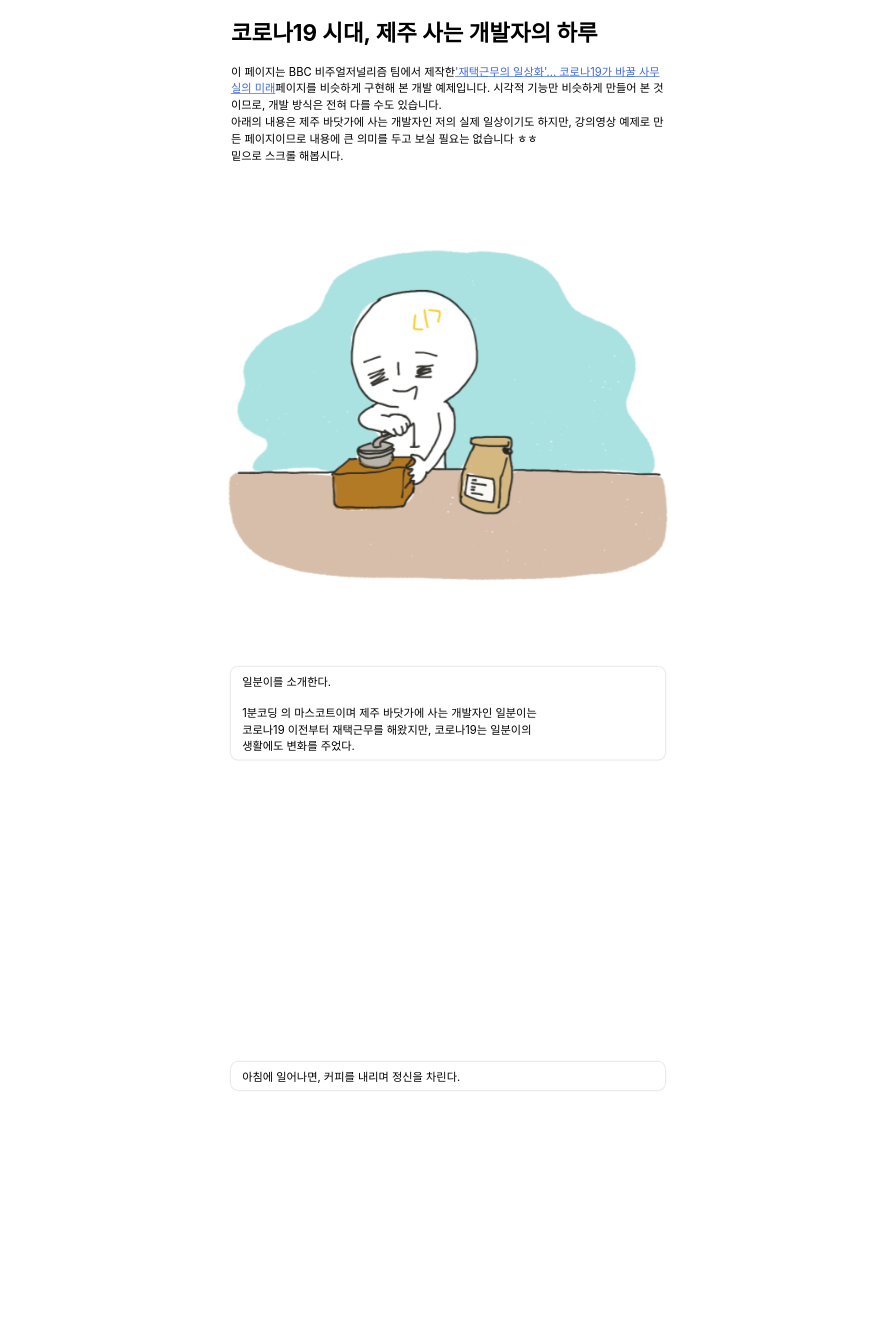
Repository: westone034626/ReactPractice
Page: /
These files come from the project's save history. The page is drawn as it stood at one moment and after the next save; the edit follows.
The browser window is 1280 px wide. The pictures show the part of the page from y = 0 to 1920 px (the page is 6550 px tall), at 70% of full size.
The project was rebuilt for these pictures with package versions that can differ from the ones it lists, and the page was loaded fresh each time. Also part of the build but not shown: src/App.css.

Above is the page before, as saved 2021-11-01 01:02:26.

### src/App.js
import './App.css';
import styles from './App.module.css';
import { useRef, useEffect, useState } from 'react';
import _ from 'lodash';

function App() {
  const [focusIndex, setFocusIndex] = useState(0);
  const focusIoIndex = useRef(0);
  const stepItemListRef = useRef(null);
  const graphicItems = [
    { imageFileName: '00.png' },
    { imageFileName: '01.png' },
    { imageFileName: '02.png' },
    { imageFileName: 'bird.gif' },
    { imageFileName: '03.png' },
    { imageFileName: '04.png' },
    { imageFileName: '05.png' },
    { imageFileName: '06.png' },
    { imageFileName: '07.png' },
    { imageFileName: '08.png' },
  ];
  const stepItems = [
    {
      content: `일분이를 소개한다.

    1분코딩 의 마스코트이며 제주 바닷가에 사는 개발자인 일분이는
    코로나19 이전부터 재택근무를 해왔지만, 코로나19는 일분이의
    생활에도 변화를 주었다.
    `,
    },
    { content: `아침에 일어나면, 커피를 내리며 정신을 차린다.` },
    {
      content: `사회적 거리두기를 위해 한적한 바닷길쪽으로 러닝을 한다.
    가끔 만나는 바닷새와 눈인사를 나눈다.`,
    },
    { content: `맞다, 트위터의 걔.` },
    { content: `운동을 마치고 집에 돌아와 작업을 시작한다.` },
    {
      content: `밥은 집에서 먹거나, 테이크아웃이 가능한 메뉴를 골라 탁 트인
              야외에서 먹는다. 물론 사회적 거리두기를 하기 위함이다.`,
    },
    {
      content: `보통 오후 작업은 집 근처의 일하기 좋은 카페에서 해왔지만, 코로나19
    이후에는 집에서 하는 날이 많아졌다.
    `,
    },
    {
      content: `라면 매니아 답게 유튜브로

    라면소녀

  채널을 보며 간식으로 라면을 먹는다.
  `,
    },
    {
      content: `자기 전, 가끔

    요가소년

  채널을 보며 요가를 한다.
  `,
    },
    {
      content: `일과를 마치고
    폰질을 한다 잠자리에
    든다.
    `,
    },
  ];

  useEffect(() => {
    const io = new IntersectionObserver((entries, observer) => {
      focusIoIndex.current = _.chain(stepItemListRef.current.children)
        .map((stepItem) => stepItem)
        .value()
        .indexOf(entries[0].target);
    });
    _.chain(stepItemListRef.current.children)
      .map((stepItem) => stepItem)
      .forEach((stepItem) => {
        io.observe(stepItem);
      })
      .value();
  }, []);

  useEffect(() => {
    window.addEventListener('scroll', () => {
      _.chain(stepItemListRef.current.children)
        .map((stepItem) => stepItem)
        .slice(
          focusIoIndex.current ? focusIoIndex.current - 1 : 0,
          focusIoIndex.current + 2
        )
        .forEach((stepItem, idx, arr) => {
          console.log('arr: ', arr);
          if (
            stepItem.getBoundingClientRect().top > window.innerHeight * 0.1 &&
            stepItem.getBoundingClientRect().top < window.innerHeight * 0.8
          )
            setFocusIndex(idx);
        })
        .value();
    });
  }, []);
  return (
    <div className={styles.body}>
      <div className={styles.header}>
        <div className={styles.globalWidth}>
          <h1 className={styles.pageTitle}>
            코로나19 시대, 제주 사는 개발자의 하루
          </h1>
          <p>
            이 페이지는 BBC 비주얼저널리즘 팀에서 제작한
            <a
              href="https://www.bbc.com/korean/resources/idt-48d3c9a7-4063-4289-9726-611b5ea9d7b5"
              target="_blank"
            >
              '재택근무의 일상화'... 코로나19가 바꿀 사무실의 미래
            </a>
            페이지를 비슷하게 구현해 본 개발 예제입니다. 시각적 기능만 비슷하게
            만들어 본 것이므로, 개발 방식은 전혀 다를 수도 있습니다.
            <br />
            아래의 내용은 제주 바닷가에 사는 개발자인 저의 실제 일상이기도
            하지만, 강의영상 예제로 만든 페이지이므로 내용에 큰 의미를 두고 보실
            필요는 없습니다 ㅎㅎ
            <br />
            밑으로 스크롤 해봅시다.
          </p>
        </div>
      </div>
      <div className={styles.scrollContent}>
        <div className={styles.scrollGraphic}>
          {graphicItems.map((graphicItem, idx) => (
            <div
              key={idx}
              className={
                focusIndex === idx
                  ? `${styles.graphicItem} ${styles.visible}`
                  : styles.graphicItem
              }
            >
              <img
                className={styles.sceneImg}
                src={`img/${graphicItem.imageFileName}`}
                alt=""
              />
            </div>
          ))}
        </div>
        <div
          ref={stepItemListRef}
          className={`${styles.scrollText} ${styles.globalWidth}`}
        >
          {stepItems.map((stepItem, idx) => (
            <div key={idx} className={styles.step}>
              <p style={{ whiteSpace: 'pre-line' }}>{stepItem.content}</p>
            </div>
          ))}
        </div>
      </div>
      <div className={`${styles.normalContent} ${styles.globalWidth}`}>
        <h2>도시를 떠나는 사람들</h2>
        <p style={{ whiteSpace: 'pre-line' }}>
          {`원격근무 하시는 개발자 디자이너분들, 제주로 오세요. 진짜 좋아요. Lorem
          ipsum dolor sit amet consectetur adipisicing elit. Blanditiis ullam
          culpa ab, laborum repellat ut quae deleniti nostrum sapiente illum!
          `}
        </p>
        <h2>언택트 시대가 온다</h2>
        <p style={{ whiteSpace: 'pre-line' }}>
          {`언택트(Untact)'란 '콘택트(contact: 접촉하다)'에서 부정의 의미인
          '언(un-)을 합성한 말로, 기술의 발전을 통해 비대면으로 이루어지는 활동
          경향을 의미한다. Lorem ipsum dolor sit amet consectetur adipisicing
          elit. Nam provident voluptatum numquam dolorum, quod odio.
          `}
        </p>
        <h2>내일은 어떤 모습일까</h2>
        <p style={{ whiteSpace: 'pre-line' }}>
          {`똑같겠지 다를게 있나 Lorem, ipsum dolor sit amet consectetur
          adipisicing elit. Qui impedit numquam atque quidem quos facere
          obcaecati deleniti labore culpa esse nostrum dicta earum rem ducimus,
          voluptates eligendi voluptate exercitationem dolorem!
          `}
        </p>
      </div>
      <footer className={styles.globalFooter}>
        <a
          href="https://www.youtube.com/channel/UC_s1FC7s5YVwDImzv-WG93Q"
          target="blank"
        >
          1분코딩
        </a>
      </footer>
    </div>
  );
}

export default App;

### src/App.module.css
.body {
  margin: 0;
}

p {
  margin: 0;
}

a {
  color: royalblue;
}

img {
  max-width: 100%;
  height: auto;
}

.globalWidth {
  max-width: 620px;
  margin: 0 auto;
  padding: 0 1rem;
}

.scrollGraphic {
  position: sticky;
  top: 0;
  height: 100vh;
}

.graphicItem {
  position: absolute;
  left: 0;
  top: 0;
  width: 100%;
  height: 100%;
  display: flex;
  justify-content: center;
  align-items: center;
  opacity: 0;
  transition: 0.5s;
}

.visible {
  opacity: 1;
}

.sceneImg {
  max-height: 100%;
}

.scrollText {
  position: relative;
  padding-bottom: 1px;
}

.step {
  margin-bottom: 60vh;
  background-color: rgba(255, 255, 255, 0.8);
  padding: 0.5rem 1rem;
  border-radius: 10px;
  box-shadow: rgba(0, 0, 0, 0.3) 0 0 3px;
}

Loaded but not shown: public/index.html (common file); src/index.js (common file); src/index.css (common file); src/reportWebVitals.js (common file)

After the next save:
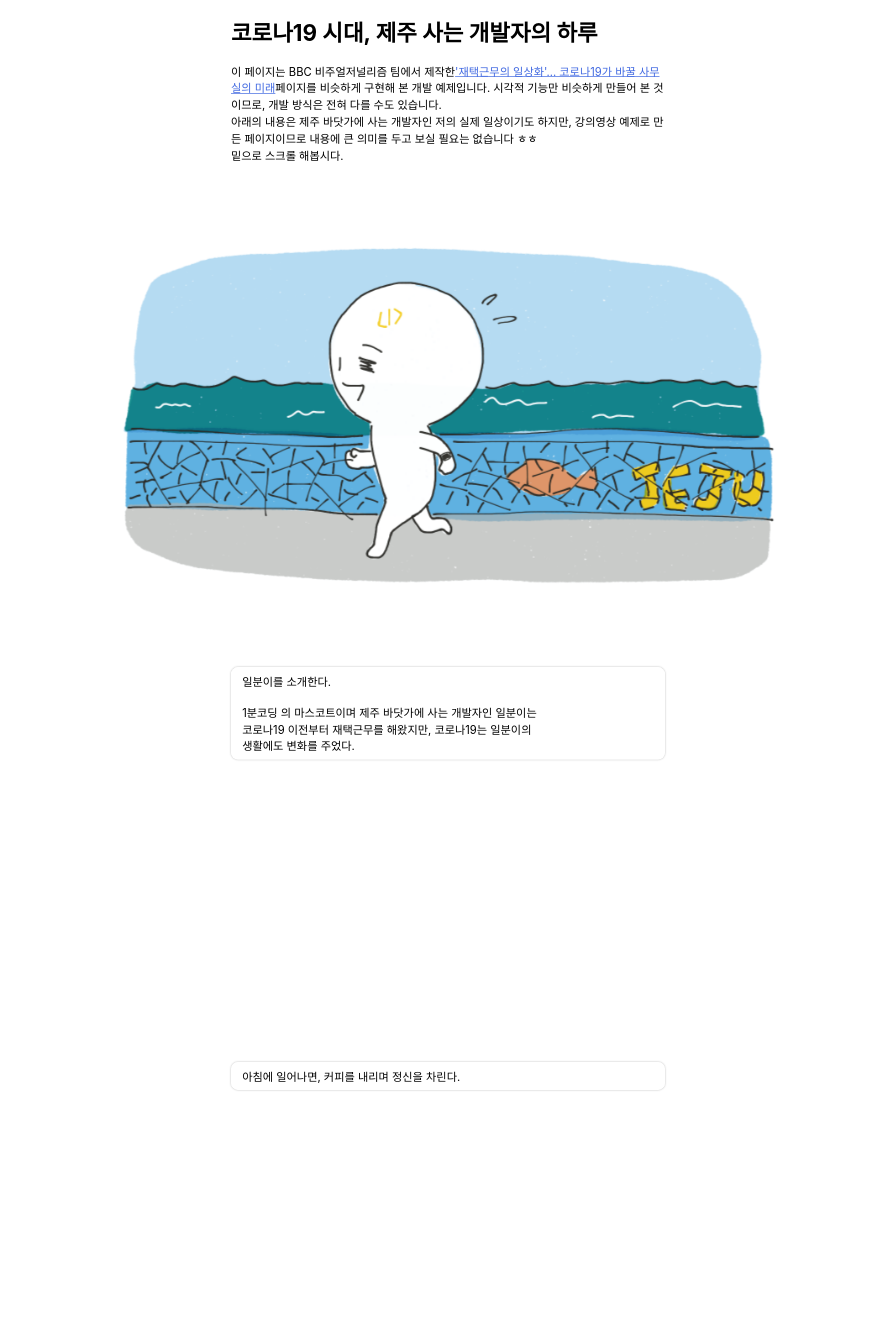
Saved 53 s later.
--- a/src/App.js
+++ b/src/App.js
@@ -92,12 +92,12 @@
           focusIoIndex.current + 2
         )
         .forEach((stepItem, idx, arr) => {
-          console.log('arr: ', arr);
           if (
             stepItem.getBoundingClientRect().top > window.innerHeight * 0.1 &&
             stepItem.getBoundingClientRect().top < window.innerHeight * 0.8
           )
             setFocusIndex(idx);
+          focusIoIndex.current = idx;
         })
         .value();
     });

After the 4 saves that followed:
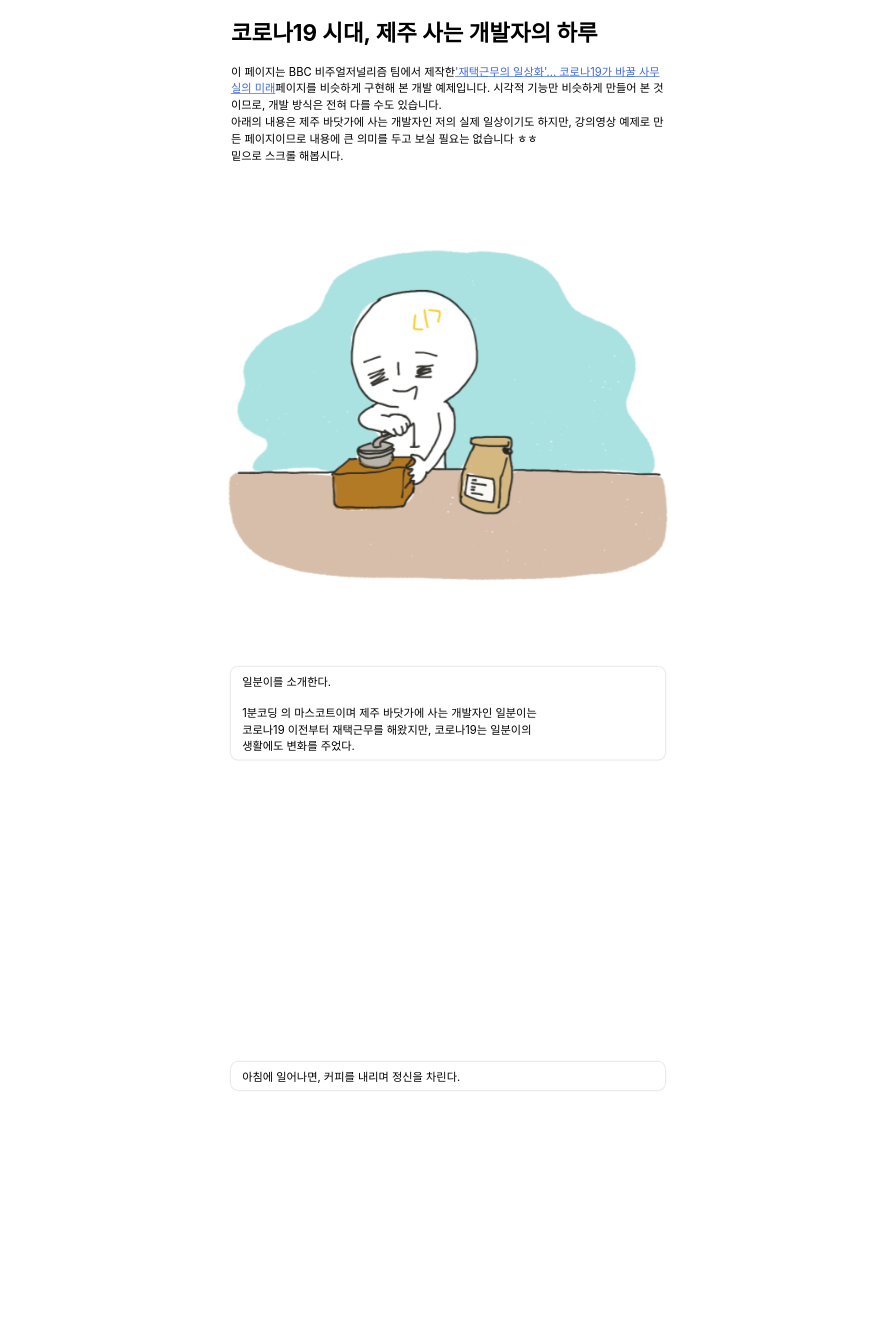
The 4 saves are shown as one change because 3 left the picture as it was.
The last was saved 5 min 16 s later.
--- a/src/App.js
+++ b/src/App.js
@@ -91,13 +91,13 @@
           focusIoIndex.current ? focusIoIndex.current - 1 : 0,
           focusIoIndex.current + 2
         )
-        .forEach((stepItem, idx, arr) => {
+        .forEach((stepItem, idx) => {
           if (
             stepItem.getBoundingClientRect().top > window.innerHeight * 0.1 &&
             stepItem.getBoundingClientRect().top < window.innerHeight * 0.8
-          )
+          ) {
             setFocusIndex(idx);
-          focusIoIndex.current = idx;
+          }
         })
         .value();
     });
